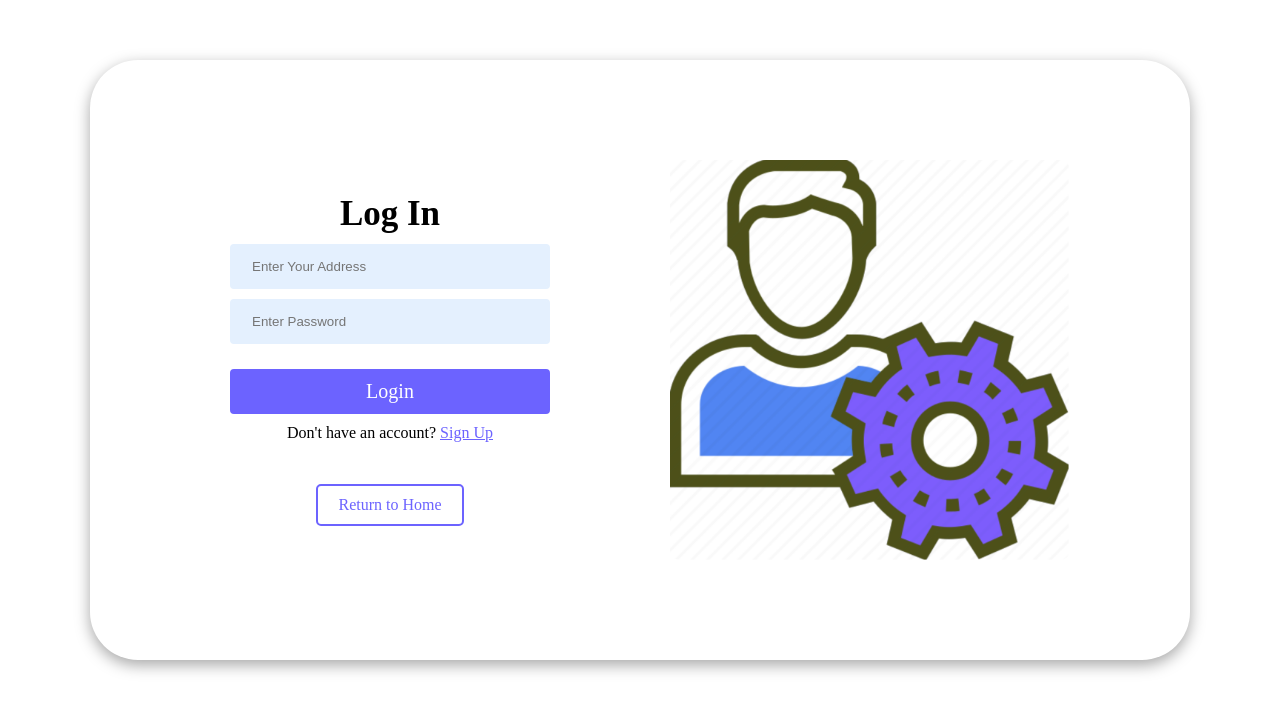
Repository: ScreamingSyntax/HamroPasal
Page: http://localhost/HamroPasal/View/AdminLogin.jsp
An editor plug-in stored every save of this project. The page is shown before and after the next save, followed by the edit.
The browser window is 1280 px wide. The pictures show the whole page.
Some web fonts or font styles are not loaded; a fallback is used. The page is served by Tomcat 9. Other server files are loaded and not shown.

Above is the page before, as saved 2023-05-08 08:54:00.

### HamroPasal/src/main/webapp/View/AdminLogin.jsp
<%@ page language="java" contentType="text/html; charset=ISO-8859-1"
    pageEncoding="ISO-8859-1"%>
<!DOCTYPE html>
<html lang="en">
<head>
    <meta charset="UTF-8">
    <meta http-equiv="X-UA-Compatible" content="IE=edge">
    <meta name="viewport" content="width=device-width, initial-scale=1.0">
    <title>Document</title>
    <link rel="stylesheet" href="${pageContext.request.contextPath}/View/CSS/admin-login.css">
    <link rel="stylesheet"
  href="https://unpkg.com/boxicons@latest/css/boxicons.min.css">
</head>
</head>
<body>
    <section class="login-form">
        <div class="first">
            <form action="../admin-login" method="POST">
                <div class="mainin">
                    <h2 class="first-heading">Log In</h2>
                    <input type="text" placeholder="Enter Your Address" class="first-input" name="email">
                    <input type="text" placeholder="Enter Password" class="second-input" name="password">
                    <button class="first-button" type="submit">Login</button>
                    <p class="first-para">Don't have an account? <a href="${pageContext.request.contextPath}/View/Register.jsp"><span>Sign Up</span></a></p>
                    <a href="${pageContext.request.contextPath}/index.jsp" class="return">Return to Home</a>
                </div>
            </form>
            <img src="${pageContext.request.contextPath}/View/Images/admin-login-bg.jpg" alt="" class="first-image">
        </div>
    </section>
</body>
</html>

### HamroPasal/src/main/webapp/View/CSS/admin-login.css
@charset "ISO-8859-1";

@charset "ISO-8859-1";
@import url('https://fonts.googleapis.com/css2?family=Tilt+Neon&display=swap');

*{
    margin: 0;
    padding: 0;
    box-sizing: border-box;
}
.login-form{
    width: 100%;
    height: 100vh;
    display: flex;
    align-items: center;
    justify-content: center;
}
.first{
    /* width: 100%;
    height: 100vh; */
    height: 600px;
    width: 1100px;
    display: flex;
    justify-content: center;
    align-items: center;
    box-shadow: rgba(0, 0, 0, 0.35) 0px 5px 15px;
    border-radius: 3rem;
}
.login-form form{
	margin-left: -100px;
}

.mainin{
    display: flex;
    flex-direction: column;
    justify-content: center;
    align-items: center;
    gap: 10px;
    height: 25rem;
    width: 35rem;
    /* position: relative;
    top: 10px;
    left: 4rem; */
}
.first-heading{
    font-weight: 600;
    font-size: 35px;
    font-family: 'Tilt Neon', cursive;
}
.first-input{
    height: 2.8rem;
    width: 20rem;
    border-radius: 4px;
    border: 2px solid #E4F0FE;
    background-color: #E4F0FE;
    padding: 0 20px;
}
.second-input{
    height: 2.8rem;
    width: 20rem;
    border-radius: 4px;
    border: 2px solid #E4F0FE;
    background-color: #E4F0FE;
    padding: 0 20px;
}

.first-button{
    height: 2.8rem;
    width: 20rem;
    margin-top: 15px;
    cursor: pointer;
    border-radius: 4px;
    border: 2px solid #6C63FF;
    background-color: #6C63FF;
    color: #ffff;
    font-size: 20px;
    font-family: 'Tilt Neon', cursive;
}
.first-para{
    height: 5rem;
    font-family: 'Tilt Neon', cursive;
}
.first-para span{
    color: #6C63FF;
    text-decoration: underline;
    cursor: pointer;
}
.first-image{
    height: 25rem;
    position: relative;
    border-radius: 10px;
}
.bx{
    position: relative;
    left: 5rem;
}
.return{
    text-decoration: none;
    color: #6C63FF;
    border: 2px solid #6C63FF;
    padding: 10px 20px;
    border-radius: 5px;
    margin-top: -30px;
}

After the next save:
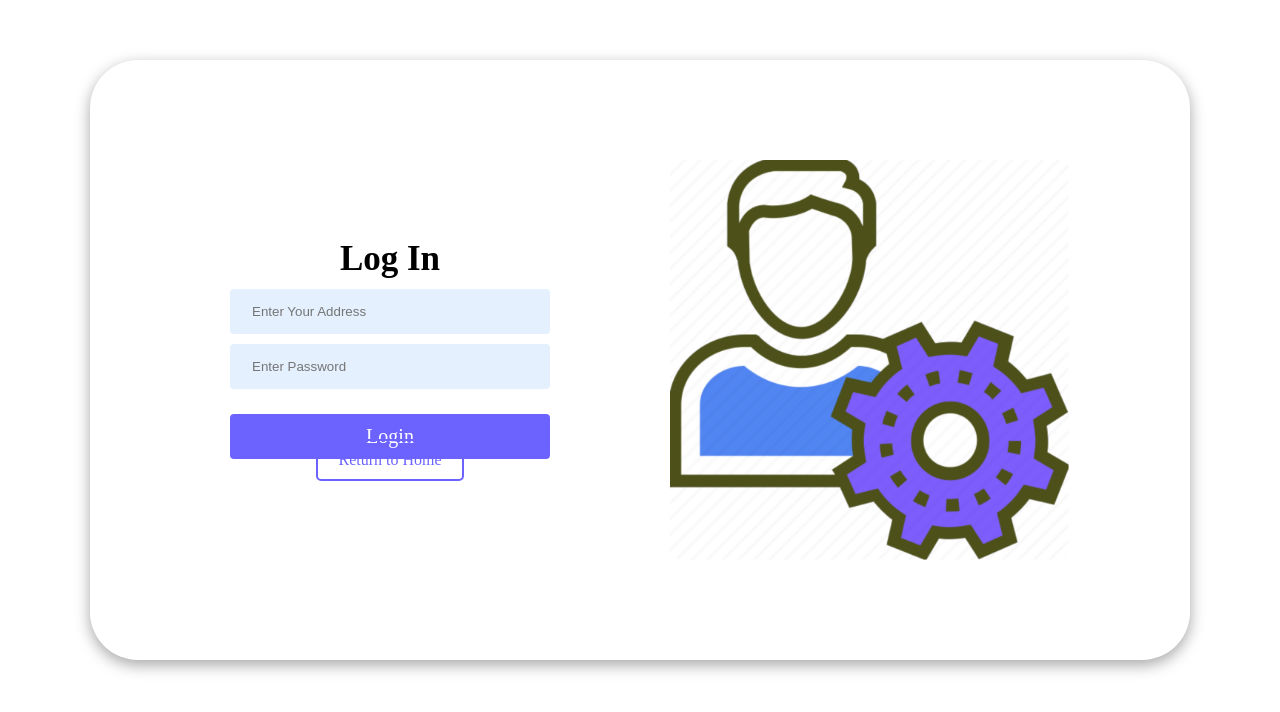
Saved 3 min 31 s later.
--- a/HamroPasal/src/main/webapp/View/AdminLogin.jsp
+++ b/HamroPasal/src/main/webapp/View/AdminLogin.jsp
@@ -21,7 +21,6 @@
                     <input type="text" placeholder="Enter Your Address" class="first-input" name="email">
                     <input type="text" placeholder="Enter Password" class="second-input" name="password">
                     <button class="first-button" type="submit">Login</button>
-                    <p class="first-para">Don't have an account? <a href="${pageContext.request.contextPath}/View/Register.jsp"><span>Sign Up</span></a></p>
                     <a href="${pageContext.request.contextPath}/index.jsp" class="return">Return to Home</a>
                 </div>
             </form>
